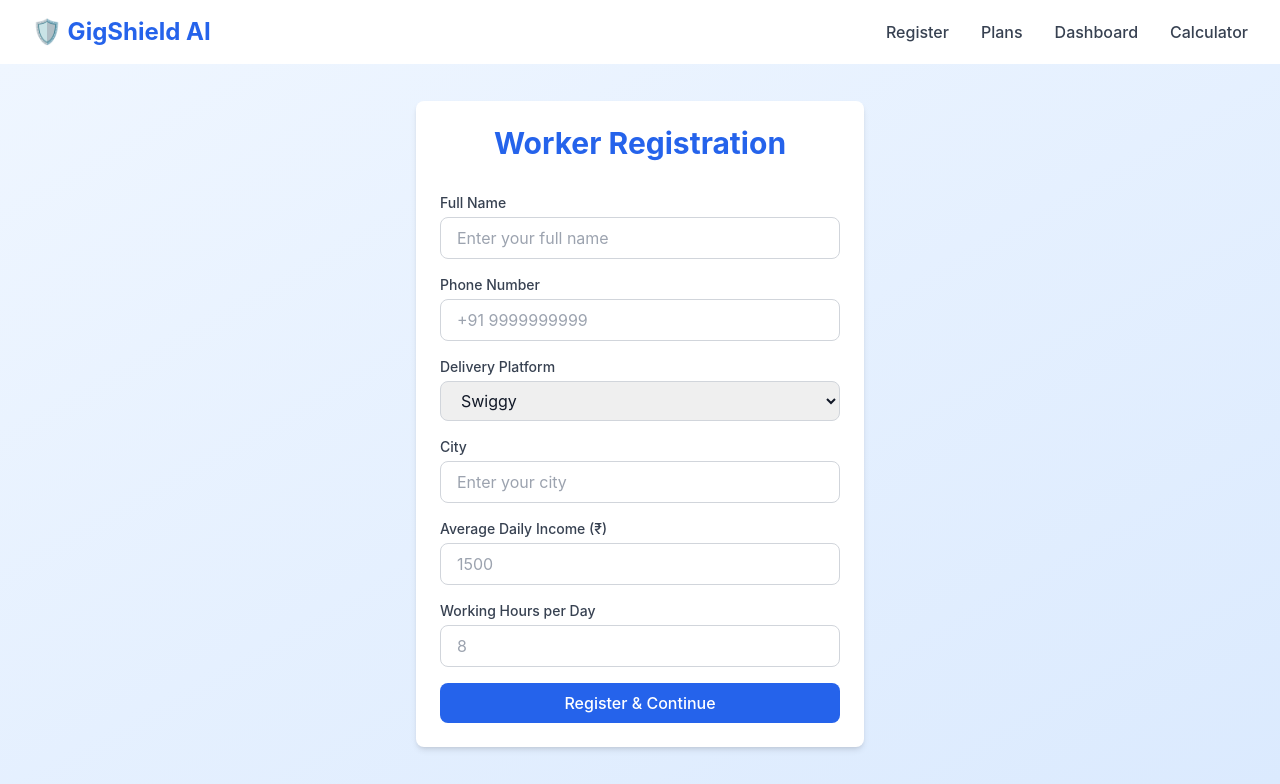
Repository: phanindrareddy2006/gigshield-ai
Page: / (app in frontend/)
These files come from the project's save history. The page is drawn as it stood at one moment and after the next save; the edit follows.
The browser window is 1280 px wide. The pictures show the whole page.
The project was rebuilt for these pictures with package versions that can differ from the ones it lists, and the page was loaded fresh each time. Also part of the build but not shown: frontend/vite.config.js, frontend/src/components/PlanCard.jsx, frontend/src/pages/Plans.jsx, frontend/src/pages/Dashboard.jsx, frontend/src/pages/PayoutCalculator.jsx.

Above is the page before, as saved 2026-03-19 15:35:38.

### frontend/index.html
<!doctype html>
<html lang="en">
  <head>
    <meta charset="UTF-8" />
    <meta name="viewport" content="width=device-width, initial-scale=1.0" />
    <title>GigShield AI - Income Protection for Gig Workers</title>
  </head>
  <body>
    <div id="root"></div>
    <script type="module" src="/src/main.jsx"></script>
  </body>
</html>

### frontend/src/App.jsx
import { BrowserRouter as Router, Routes, Route } from 'react-router-dom'
import Navbar from './components/Navbar'
import Register from './pages/Register'
import Plans from './pages/Plans'
import Dashboard from './pages/Dashboard'
import PayoutCalculator from './pages/PayoutCalculator'

function App() {
  return (
    <Router>
      <div className="min-h-screen bg-gray-50">
        <Navbar />
        <Routes>
          <Route path="/" element={<Register />} />
          <Route path="/plans" element={<Plans />} />
          <Route path="/dashboard" element={<Dashboard />} />
          <Route path="/calculator" element={<PayoutCalculator />} />
        </Routes>
      </div>
    </Router>
  )
}

export default App

### frontend/src/index.css
@tailwind base;
@tailwind components;
@tailwind utilities;

@layer base {
  body {
    @apply bg-gray-50 text-gray-900;
  }

  h1 {
    @apply text-3xl font-bold;
  }

  h2 {
    @apply text-2xl font-semibold;
  }

  button {
    @apply transition-all duration-200;
  }
}

@layer components {
  .btn-primary {
    @apply px-4 py-2 bg-blue-600 text-white rounded-lg hover:bg-blue-700 font-medium;
  }

  .btn-secondary {
    @apply px-4 py-2 bg-gray-200 text-gray-800 rounded-lg hover:bg-gray-300 font-medium;
  }

  .card {
    @apply bg-white rounded-lg shadow-md p-6;
  }

  .input-field {
    @apply w-full px-4 py-2 border border-gray-300 rounded-lg focus:outline-none focus:ring-2 focus:ring-blue-500;
  }
}

### frontend/src/components/Navbar.jsx
import { Link } from 'react-router-dom'

export default function Navbar() {
  return (
    <nav className="bg-white shadow-md">
      <div className="max-w-7xl mx-auto px-4 sm:px-6 lg:px-8">
        <div className="flex justify-between h-16">
          <div className="flex items-center">
            <Link to="/" className="text-2xl font-bold text-blue-600">
              🛡️ GigShield AI
            </Link>
          </div>
          <div className="flex items-center space-x-8">
            <Link to="/" className="text-gray-700 hover:text-blue-600 font-medium">
              Register
            </Link>
            <Link to="/plans" className="text-gray-700 hover:text-blue-600 font-medium">
              Plans
            </Link>
            <Link to="/dashboard" className="text-gray-700 hover:text-blue-600 font-medium">
              Dashboard
            </Link>
            <Link to="/calculator" className="text-gray-700 hover:text-blue-600 font-medium">
              Calculator
            </Link>
          </div>
        </div>
      </div>
    </nav>
  )
}

### frontend/src/pages/Register.jsx
import { useState } from 'react'
import { useNavigate } from 'react-router-dom'
import { workerAPI } from '../services/api'

export default function Register() {
  const navigate = useNavigate()
  const [loading, setLoading] = useState(false)
  const [error, setError] = useState('')
  const [isLogin, setIsLogin] = useState(false)
  const [formData, setFormData] = useState({
    name: '',
    phone: '',
    password: '',
    platform: 'Swiggy',
    city: '',
    averageDailyIncome: '',
    workingHours: '',
  })

  const handleChange = (e) => {
    const { name, value } = e.target
    setFormData((prev) => ({
      ...prev,
      [name]: name === 'averageDailyIncome' || name === 'workingHours' ? parseFloat(value) : value,
    }))
  }

  const handleSubmit = async (e) => {
    e.preventDefault()
    setLoading(true)
    setError('')

    try {
      let response
      if (isLogin) {
        response = await workerAPI.login({
          phone: formData.phone,
          password: formData.password,
        })
      } else {
        response = await workerAPI.register(formData)
      }

      localStorage.setItem('workerId', response.data.id)
      localStorage.setItem('workerName', response.data.name)
      navigate('/dashboard')
    } catch (err) {
      setError(err.response?.data?.message || (isLogin ? 'Login failed. Please check credentials.' : 'Registration failed. Please try again.'))
    } finally {
      setLoading(false)
    }
  }

  return (
    <div className="min-h-screen flex items-center justify-center bg-gradient-to-br from-blue-50 to-blue-100">
      <div className="card w-full max-w-md">
        <h1 className="text-3xl text-center mb-8 text-blue-600">Worker Registration</h1>

        {error && (
          <div className="bg-red-100 border border-red-400 text-red-700 px-4 py-3 rounded mb-4">
            {error}
          </div>
        )}

        <form onSubmit={handleSubmit} className="space-y-4">
          <div>
            <label className="block text-sm font-medium text-gray-700 mb-1">Full Name</label>
            <input
              type="text"
              name="name"
              value={formData.name}
              onChange={handleChange}
              required
              className="input-field"
              placeholder="Enter your full name"
            />
          </div>

          <div>
            <label className="block text-sm font-medium text-gray-700 mb-1">Phone Number</label>
            <input
              type="tel"
              name="phone"
              value={formData.phone}
              onChange={handleChange}
              required
              className="input-field"
              placeholder="+91 9999999999"
            />
          </div>

          <div>
            <label className="block text-sm font-medium text-gray-700 mb-1">Delivery Platform</label>
            <select
              name="platform"
              value={formData.platform}
              onChange={handleChange}
              className="input-field"
            >
              <option>Swiggy</option>
              <option>Zomato</option>
              <option>Uber Eats</option>
              <option>Other</option>
            </select>
          </div>

          <div>
            <label className="block text-sm font-medium text-gray-700 mb-1">City</label>
            <input
              type="text"
              name="city"
              value={formData.city}
              onChange={handleChange}
              required
              className="input-field"
              placeholder="Enter your city"
            />
          </div>

          <div>
            <label className="block text-sm font-medium text-gray-700 mb-1">Average Daily Income (₹)</label>
            <input
              type="number"
              name="averageDailyIncome"
              value={formData.averageDailyIncome}
              onChange={handleChange}
              required
              step="0.01"
              className="input-field"
              placeholder="1500"
            />
          </div>

          <div>
            <label className="block text-sm font-medium text-gray-700 mb-1">Working Hours per Day</label>
            <input
              type="number"
              name="workingHours"
              value={formData.workingHours}
              onChange={handleChange}
              required
              step="0.5"
              className="input-field"
              placeholder="8"
            />
          </div>

          <button
            type="submit"
            disabled={loading}
            className="w-full btn-primary disabled:opacity-50"
          >
            {loading ? 'Registering...' : 'Register & Continue'}
          </button>
        </form>
      </div>
    </div>
  )
}

### frontend/src/services/api.js
import axios from 'axios'

// Vite exposes environment variables under import.meta.env
// fallback to localhost if not provided
const API_BASE_URL = '/api'

const api = axios.create({
  baseURL: API_BASE_URL,
  headers: {
    'Content-Type': 'application/json',
  },
})

// Worker endpoints
export const workerAPI = {
  register: (workerData) => api.post('/workers/register', workerData),
  login: (credentials) => api.post('/workers/login', credentials),
  logout: () => api.post('/workers/logout'),
  getById: (id) => api.get(`/workers/${id}`),
}

// Policy endpoints
export const policyAPI = {
  create: (policyData) => api.post('/policies/create', policyData),
  getByWorker: (workerId) => api.get(`/policies/${workerId}`),
}

// Claim endpoints
export const claimAPI = {
  trigger: (claimData) => api.post('/claims/trigger', claimData),
  getByWorker: (workerId) => api.get(`/claims/${workerId}`),
}

// Payout endpoints
export const payoutAPI = {
  calculate: (payoutData) => api.post('/payout/calculate', payoutData),
}

export default api

### frontend/tailwind.config.js
/** @type {import('tailwindcss').Config} */
export default {
  content: [
    "./index.html",
    "./src/**/*.{js,jsx}",
  ],
  theme: {
    extend: {
      colors: {
        primary: '#0066FF',
        secondary: '#FFD700',
        success: '#10B981',
        danger: '#EF4444',
        warning: '#F59E0B',
      },
      fontFamily: {
        sans: ['Inter', 'sans-serif'],
      },
    },
  },
  plugins: [],
}

Loaded but not shown: frontend/src/main.jsx (common file)

After the next save:
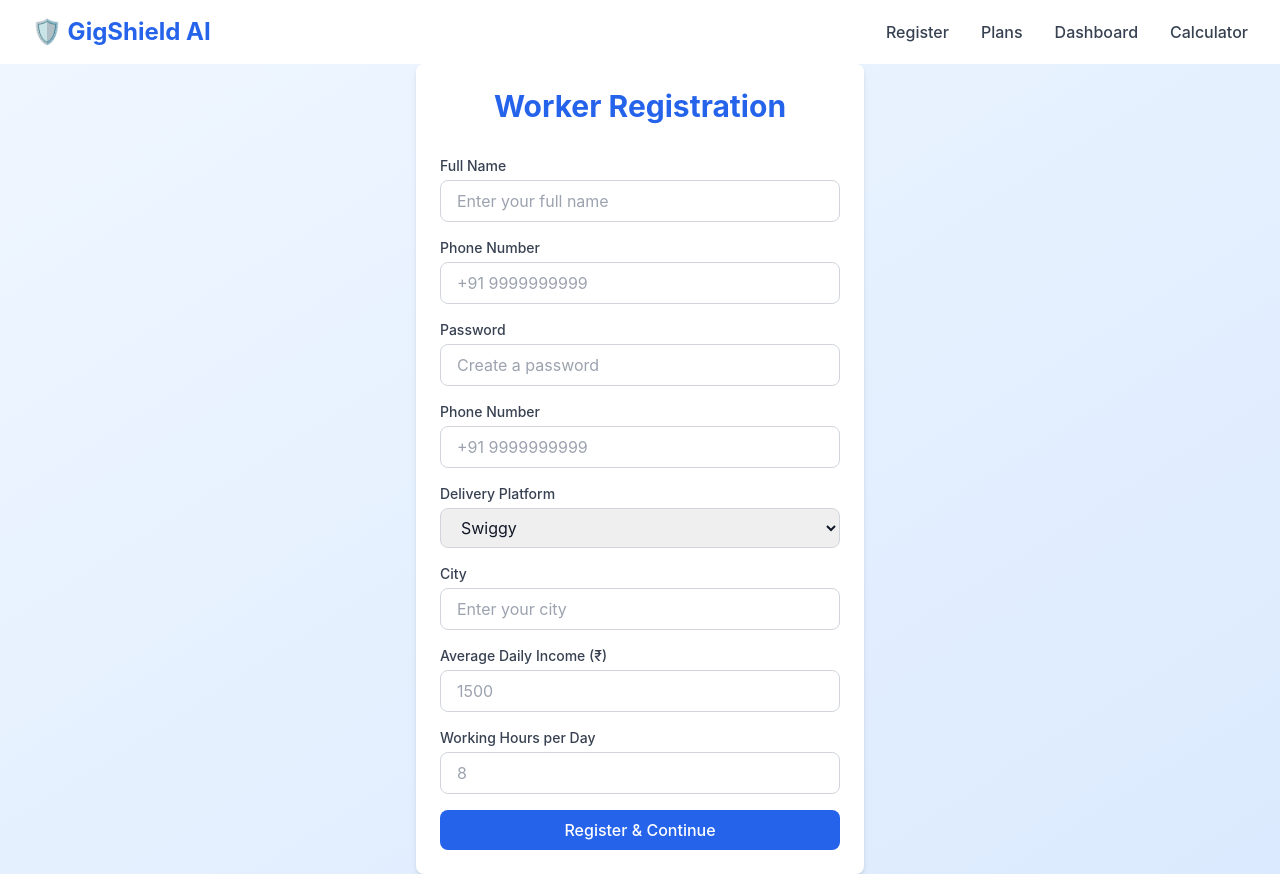
Saved 8 s later.
--- a/frontend/src/pages/Register.jsx
+++ b/frontend/src/pages/Register.jsx
@@ -63,16 +63,44 @@ export default function Register() {
         )}
 
         <form onSubmit={handleSubmit} className="space-y-4">
+          {!isLogin && (
+            <div>
+              <label className="block text-sm font-medium text-gray-700 mb-1">Full Name</label>
+              <input
+                type="text"
+                name="name"
+                value={formData.name}
+                onChange={handleChange}
+                required={!isLogin}
+                className="input-field"
+                placeholder="Enter your full name"
+              />
+            </div>
+          )}
+
           <div>
-            <label className="block text-sm font-medium text-gray-700 mb-1">Full Name</label>
+            <label className="block text-sm font-medium text-gray-700 mb-1">Phone Number</label>
             <input
-              type="text"
-              name="name"
-              value={formData.name}
+              type="tel"
+              name="phone"
+              value={formData.phone}
               onChange={handleChange}
               required
               className="input-field"
-              placeholder="Enter your full name"
+              placeholder="+91 9999999999"
+            />
+          </div>
+
+          <div>
+            <label className="block text-sm font-medium text-gray-700 mb-1">Password</label>
+            <input
+              type="password"
+              name="password"
+              value={formData.password}
+              onChange={handleChange}
+              required
+              className="input-field"
+              placeholder="Create a password"
             />
           </div>
 
